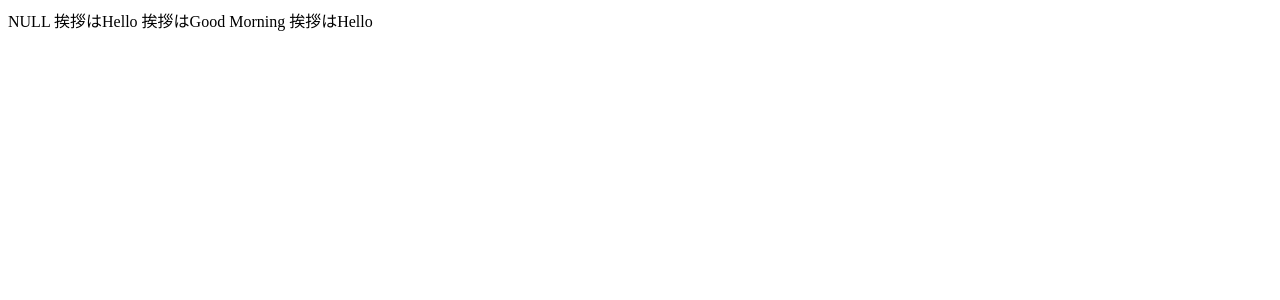
Repository: movingfastball/2020_stady
Page: http://localhost/calc1.php
These files come from the project's save history. The page is drawn as it stood at one moment and after the next save; the edit follows.
The browser window is 1280 px wide. The pictures show the whole page.
The page is run by PHP 8.4 with error messages shown; the project is at /var/www/html/.

Above is the page before, as saved 2020-12-15 20:36:48.

### 2/operator/calc1.php
<body>
<?php
    $greeting = null;
    $message = $greeting === null ? 'Hello':$greeting;
    var_dump($greeting);
    echo'挨拶は',$message,PHP_EOL;

    $greeting = 'Good Morning';
    $message = $greeting === null ? 'Hello':$greeting;
    echo'挨拶は',$message,PHP_EOL;

    $greeting = null;
    $message = $greeting ?? 'Hello';
    echo'挨拶は',$message,PHP_EOL;

    $greeting = 'Good Morning';
    $message
?>

After the next save:
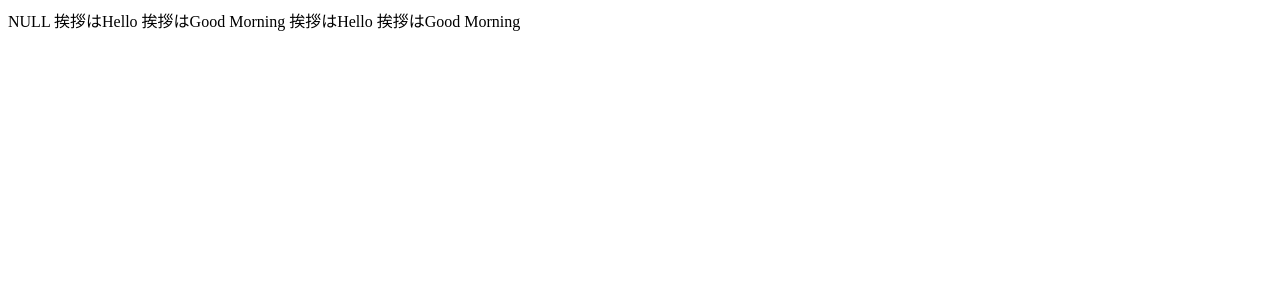
Saved 2 min 21 s later.
--- a/2/operator/calc1.php
+++ b/2/operator/calc1.php
@@ -14,5 +14,6 @@
     echo'挨拶は',$message,PHP_EOL;
 
     $greeting = 'Good Morning';
-    $message
+    $message = $greeting ??'Hello';
+    echo '挨拶は',$message,PHP_EOL;
 ?>
